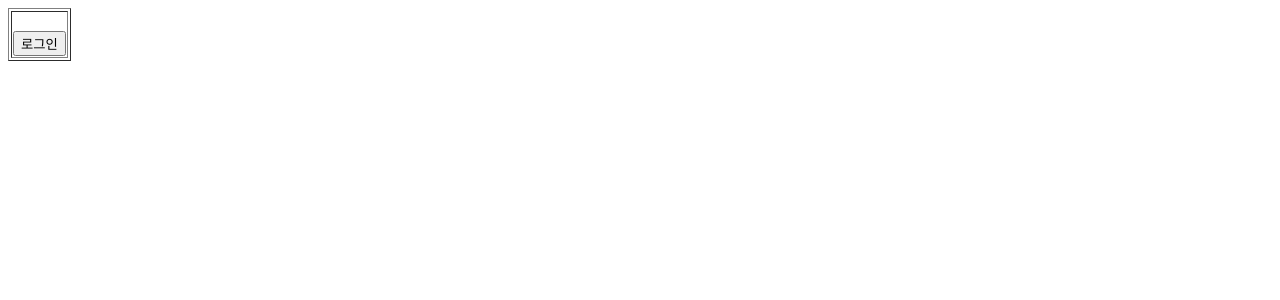
Repository: choiungsik/WEBStudy
Page: http://localhost/JSP/LoginTrue.jsp
An editor plug-in stored every save of this project. The page is shown before and after the next save, followed by the edit.
The browser window is 1280 px wide. The pictures show the whole page.
The page is served by Tomcat 9.

Above is the page before, as saved 2020-07-15 00:34:25.

After the next save:
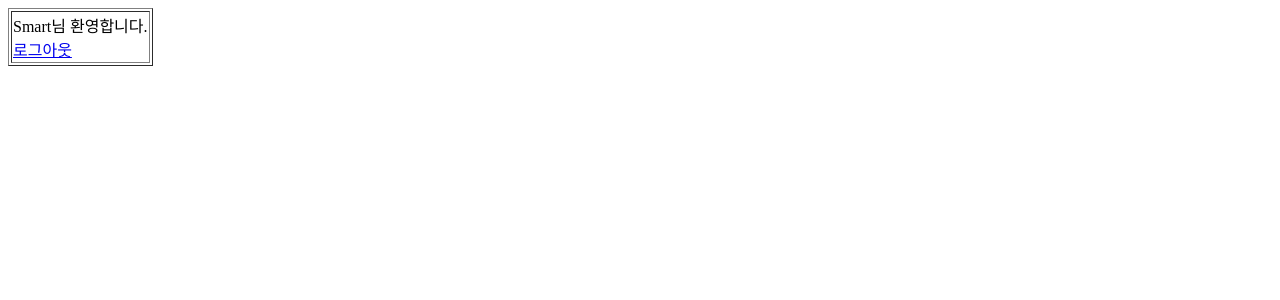
Saved 100 s later.
--- a/JSP/WebContent/LoginTrue.jsp
+++ b/JSP/WebContent/LoginTrue.jsp
@@ -11,8 +11,8 @@
 			System.out.print(id);%>
 		<table border="1">
 			<td>
-			<a></a><br>
-			<input type="submit" value="로그인">
+			<a>Smart님 환영합니다.</a><br>
+			<a href="Login.html">로그아웃</a>
 			</td>
 		</table>
 </body>
